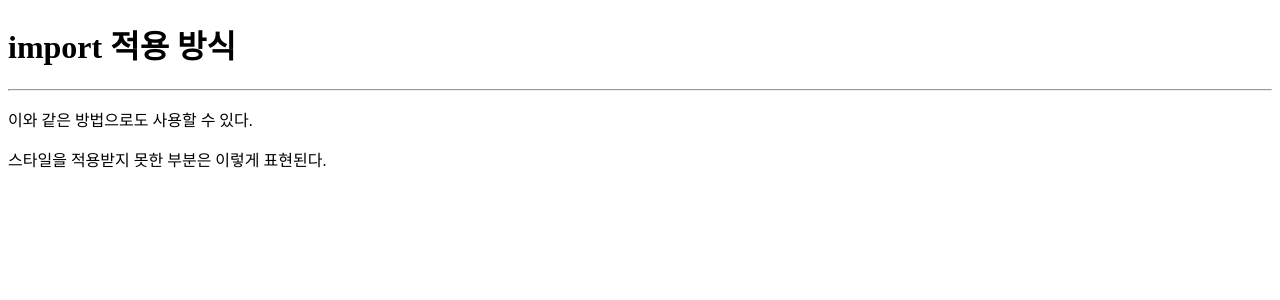
Repository: lolsoyeon/WebStudy
Page: WebApp02/WebContent/Test008.html
An editor plug-in stored every save of this project. The page is shown before and after the next save, followed by the edit.
The browser window is 1280 px wide. The pictures show the whole page.

Above is the page before, as saved 2022-09-28 03:04:18.

### WebApp02/WebContent/Test008.html
<!DOCTYPE html>
<html>
<head>
<meta charset="UTF-8">
<title>Test008.html</title>
</head>
<body>

<div>
	<h1>import 적용 방식</h1>
	<hr>
</div>

<p>이와 같은 방법으로도 사용할 수 있다.</p>

스타일을 적용받지 못한 부분은 이렇게 표현된다.
</body>
</html>

### WebApp02/WebContent/css/externalImport.css
@charset "UTF-8";

/* externalImport.css */

p
{
	font-size: 1pt;
	color: purple;
	font-style: italic;
}

After the next save:
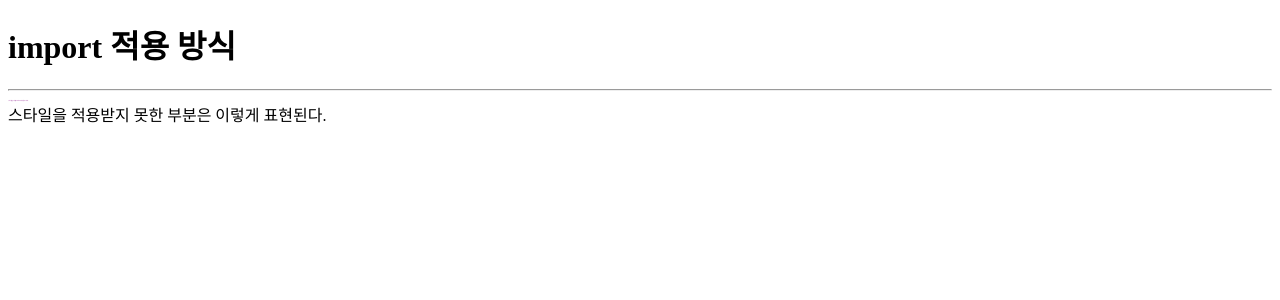
Saved 2 min 26 s later.
--- a/WebApp02/WebContent/Test008.html
+++ b/WebApp02/WebContent/Test008.html
@@ -3,6 +3,13 @@
 <head>
 <meta charset="UTF-8">
 <title>Test008.html</title>
+
+<style type="text/css">
+
+	@import url("css/externalImport.css");
+
+</style>
+
 </head>
 <body>
 
